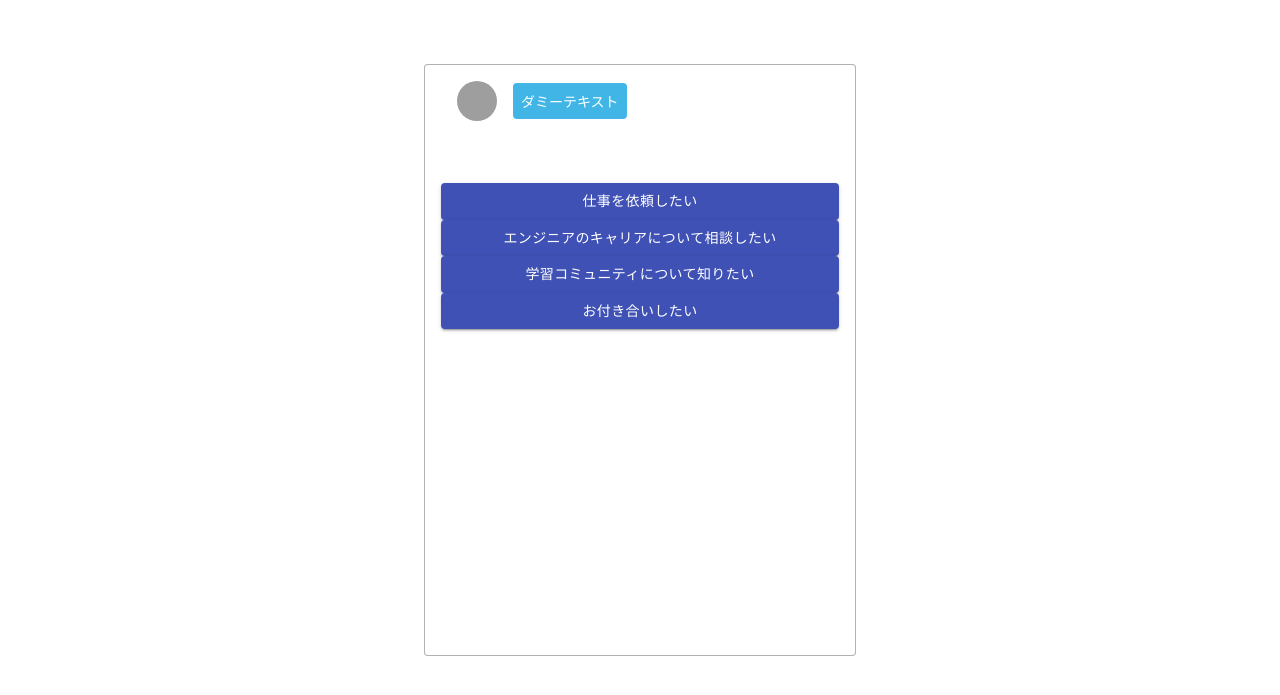
Repository: ShunsukeTanizaki/chatbot-demo
Page: /
An editor plug-in stored every save of this project. The page is shown before and after the next save, followed by the edit.
The browser window is 1280 px wide. The pictures show the whole page.
Pictures or frames that could not be fetched are drawn as grey boxes. The project was rebuilt for these pictures with package versions that can differ from the ones it lists, and the page was loaded fresh each time.

Above is the page before, as saved 2020-10-20 22:20:38.

After the next save:
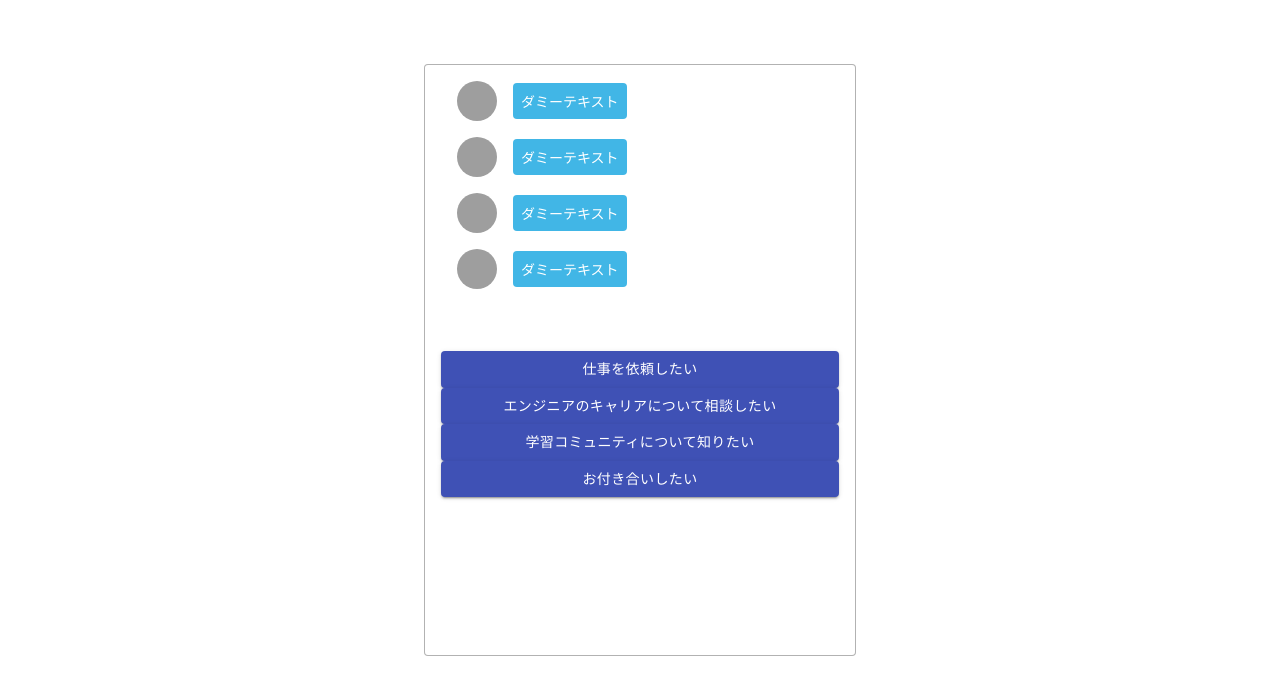
Saved 7 s later.
--- a/src/components/Chats.jsx
+++ b/src/components/Chats.jsx
@@ -17,6 +17,9 @@
     return (
         <List className={classes.root}>
             <Chat />
+            <Chat />
+            <Chat />
+            <Chat />
         </List>
     )
 }
